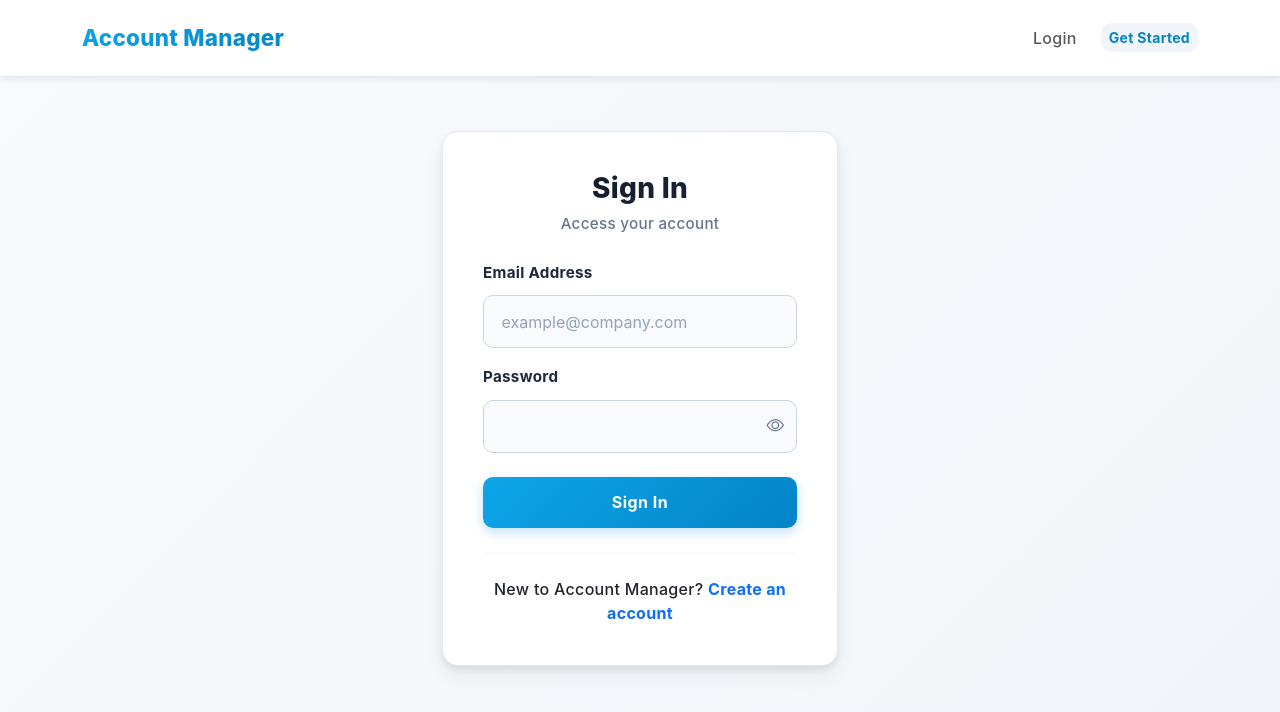
Repository: dharmik2910/Chaintech-Account-Manager
Page: /
The author's editor kept a copy of each file at every save. The page is drawn from the files as they stood at one save, then again after the next save.
The browser window is 1280 px wide. The pictures show the whole page.
The project was rebuilt for these pictures with package versions that can differ from the ones it lists, and the page was loaded fresh each time. Also part of the build but not shown: vite.config.js, src/pages/AccountPage.jsx, src/pages/RegisterPage.jsx.

Above is the page before, as saved 2025-12-16 20:40:10.

After the next save:
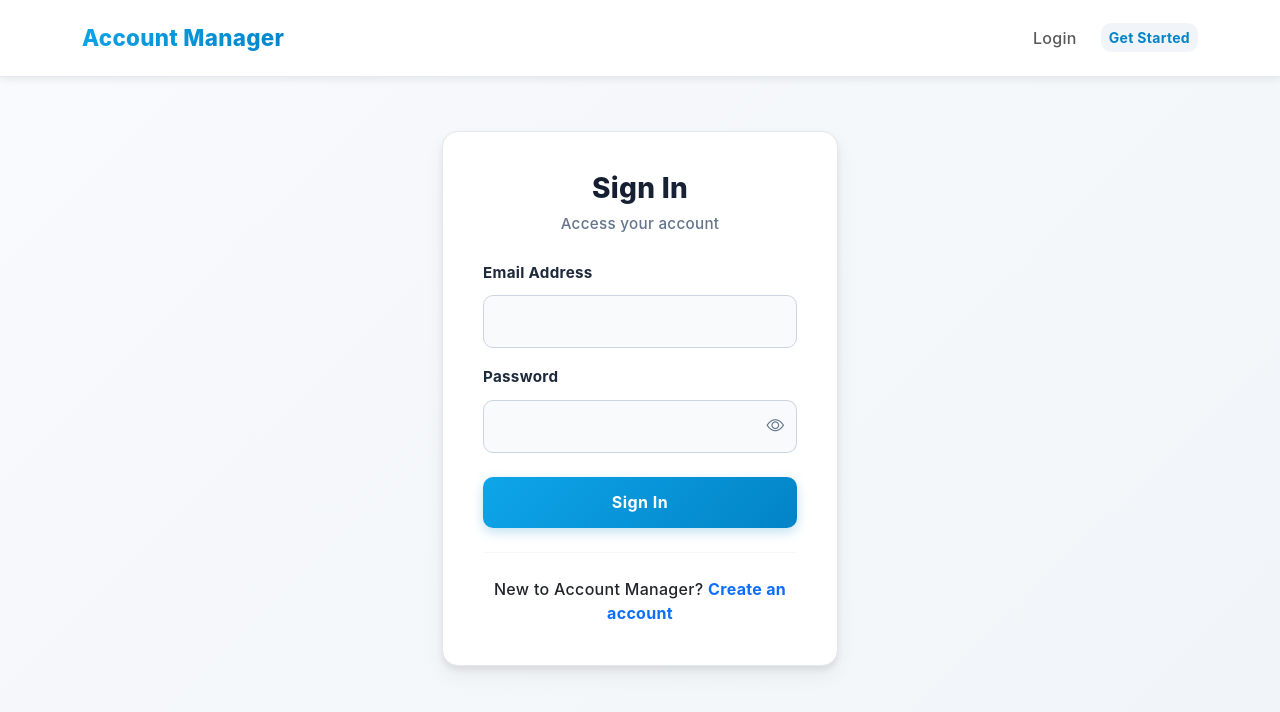
Saved 112 s later.
--- a/src/pages/LoginPage.jsx
+++ b/src/pages/LoginPage.jsx
@@ -93,7 +93,7 @@ function LoginPage() {
                   className={`form-control ${errors.email ? 'is-invalid' : ''}`}
                   value={email}
                   onChange={(e) => handleFieldChange('email', e.target.value)}
-                  placeholder="example@company.com"
+                  placeholder=""
                   required
                 />
                 {errors.email && (
